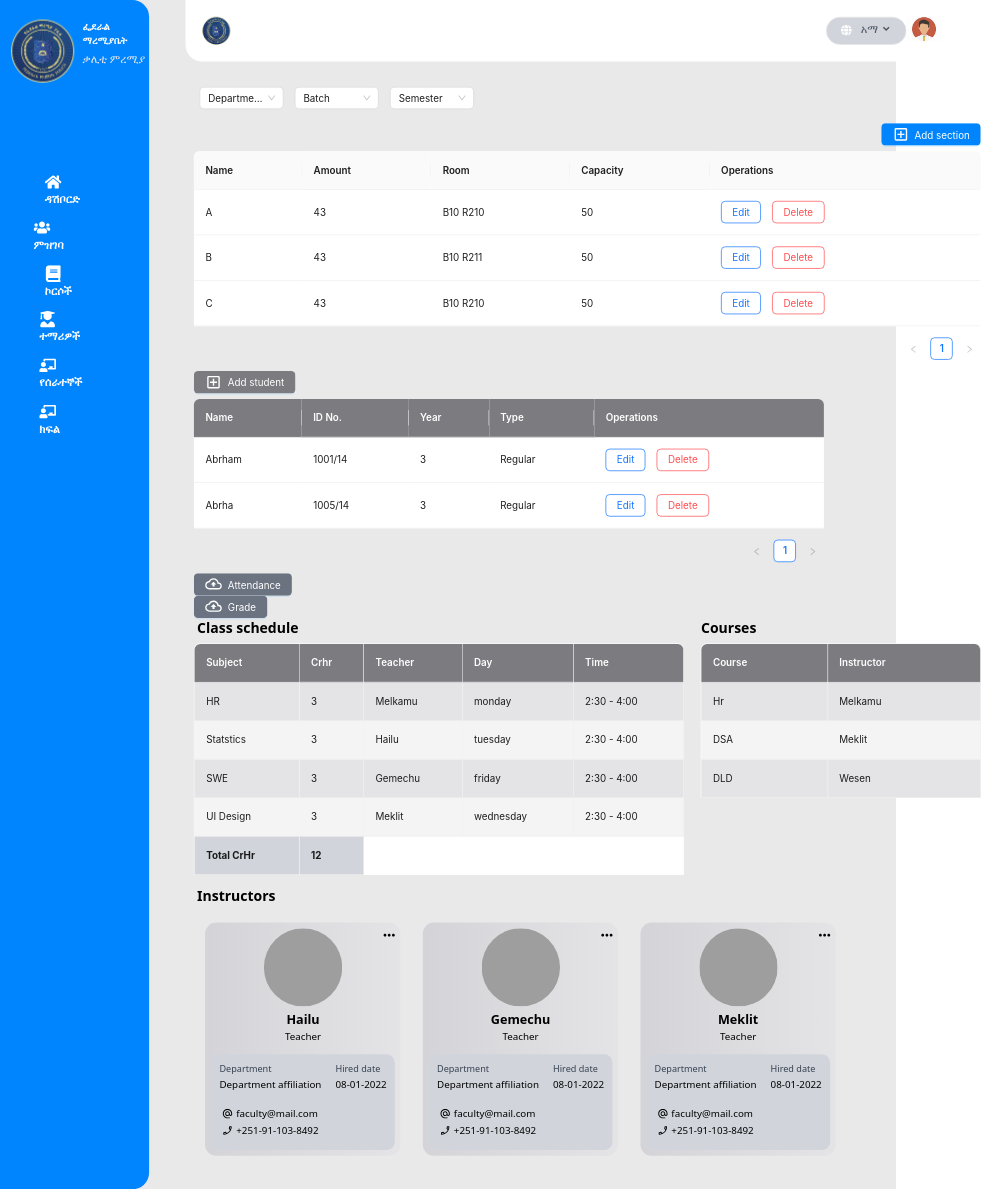
Repository: Yigoya/federal-prison-education-ms-frontend
Page: /classroom, after clicking the first element matching `td.ant-table-cell > a`
The author's editor kept a copy of each file at every save. The page is drawn from the files as they stood at one save, then again after the next save.
The browser window is 1280 px wide. The page is 1433 px wide, so the pictures cover 1433 px, including what lies to the right of the window. The pictures show the whole page, at 70% of full size.
Pictures or frames that could not be fetched are drawn as grey boxes. The project was rebuilt for these pictures with package versions that can differ from the ones it lists, and the page was loaded fresh each time. Also part of the build but not shown: vite.config.js, src/pages/DashBoard.jsx, src/pages/Courses.jsx, src/layout/AuthLayout.jsx, src/pages/Login.jsx, src/pages/Teachers.jsx, src/pages/StudentRegistration.jsx, src/components/classroom/ComboBox.jsx and 1 more. Imported but missing from the stored project, and not drawn on this page: src/pages/Students.

Above is the page before, as saved 2024-07-05 16:51:43.

### src/App.jsx
// import { useState } from "react";
import "./App.css";
import { Routes, Route } from "react-router-dom";
import DashBoard from "./pages/DashBoard";
// import Register from "./pages/Register";
import Students from "./pages/Students";
import Courses from "./pages/Courses";
import RootLayout from "./layout/RootLayout";
import AuthLayout from "./layout/AuthLayout";
import Login from "./pages/Login";
import Teachers from "./pages/Teachers";
// import { useTranslation } from "react-i18next";
import { StudentRegistration } from "./pages/StudentRegistration";
import Classroom from "./pages/Classroom";
function App() {
  // const [count, setCount] = useState(0);
  // const { t } = useTranslation();
  return (
    <>
      <Routes>
        <Route element={<AuthLayout />}>
          <Route path="/login" element={<Login />} />
        </Route>
        <Route element={<RootLayout />}>
          <Route path="/" element={<DashBoard />} />
          <Route path="/register" element={<StudentRegistration />} />
          <Route path="/students" element={<Students />} />
          <Route path="/courses" element={<Courses />} />
          <Route path="/allcourse" element={<Courses />} />
          <Route path="/addcourse" element={<Courses />} />
          <Route path="/managecourse" element={<Courses />} />
          <Route path="/classroom" element={<Classroom />} />
          <Route path="/grading" element={<Courses />} />
          <Route path="/staffprofile" element={<Courses />} />
          <Route path="/examscheduling" element={<Teachers />} />
        </Route>
      </Routes>
    </>
  );
}

export default App;

### src/App.css
/* Header row background color */
.ant-table-thead > tr > th {
    background-color: #0085FF; /* Set your desired background color here */
    color: #fff; /* Set the text color if needed */
  }

### src/layout/RootLayout.jsx
// import React from 'react'
import { Outlet } from "react-router-dom";
import Navbar from "../components/Navbar";
import SideBar from "../components/SideBar";
function RootLayout() {
  return (
    <div className="flex flex-row w-full min-h-dvh gap-8 bg-[#E9E9E9]">
        <SideBar />

      <div className="w-full min-h-dvh max-h-full">
        <Navbar />
        <div className="flex-1 flex overflow-hidden">
          <section className="flex-1 overflow-y-scroll">
            <Outlet />
          </section>
        </div>
      </div>
    </div>
  );
}

export default RootLayout;

### src/pages/Classroom.jsx
import { useState } from "react";
import Selector from '../components/classroom/Selector.jsx';
import SectionsTable from "../components/classroom/SectionsTable.jsx";
import NewSectionDrawer from "../components/classroom/NewSectionDrawer.jsx";
import {
  departmentOptions,
  yearOptions,
  semesterOptions,
} from "../data/classroomArrayData.js";
import { Button } from "antd";
import AddBoxOutlinedIcon from "@mui/icons-material/AddBoxOutlined";

const Classroom = () => {
  const [drawerVisiblity, setDrawerVisiblity] = useState(false);
  const handleClick = () => {
    setDrawerVisiblity(prevState => !prevState);
  };

  return (
    <div className="p-8 ">
      <Selector typeName="Department" options={departmentOptions} />
      <Selector typeName="Batch" options={yearOptions} />
      <Selector typeName="Semester" options={semesterOptions} />

      {/* sections table */}
      <div className="mt-4">
        {drawerVisiblity && <NewSectionDrawer visiblity = {drawerVisiblity}/>}
        <div className="grid justify-items-end">
          <Button
            className="bg-[#0085FF] mb-2"
            type="primary"
            onClick={handleClick}
          >
            <AddBoxOutlinedIcon />
            Add section
          </Button>
        </div>
        <SectionsTable />
      </div>
    </div>
  );
};

export default Classroom;

### src/components/Navbar.jsx
import React from 'react'
import { AiOutlineSearch } from 'react-icons/ai';
import logo from '../assets/images/fdre_logo.png'
import { FaGlobe } from 'react-icons/fa';
import avatar from '../assets/images/Avatar.jpg'
import { useTranslation } from 'react-i18next';
function Navbar() {
  const { i18n } = useTranslation();

  const handleLanguageChange = (event) => {
    i18n.changeLanguage(event.target.value);
  };
  return (
    <div className='mr-16 '>
      <div className='bg-white rounded-b-3xl p-6 ml-5 flex justify-between'>
        <div style={{ width: '40px' }} >
          <img src={logo}  alt="logo" />
        </div>
        <div className='flex '>
          <div className='py-1 px-5 border rounded-full bg-gray-300 '>
           <FaGlobe className='inline-block text-white mr-2'/>
            <select onChange={handleLanguageChange} className='inline-block bg-gray-300 text-gray-600' id="">
              <option value="am">አማ</option>
              <option value="en">En</option>
              <option value="or">Oro</option>
            </select>
          </div>
          <div>
            <img src={avatar} width={'50px'}/>
          </div>
        </div>
      </div>

    </div>
  )
}

export default Navbar

### src/components/SideBar.jsx
import { FaHome, FaUserGraduate, FaBook, FaChalkboardTeacher, FaUsers } from 'react-icons/fa';

import logo from '../assets/images/fdre_logo.png'
import { Link } from 'react-router-dom'
import { useTranslation } from 'react-i18next';
function SideBar() {
const {t} = useTranslation()
  return (
    <div className='w-1/4 bg-[#0085FF] rounded-r-3xl'>
          <div className='mt-7 ml-4 flex'>
            <div className='mr-3'>
              <img src={logo} alt="logo" width={'100px'} />
            </div>
            <div>
              <p className ='font-bold text-sm text-white mb-1'>{t('FDRE')}</p>
              <p className='text-gray-200'>{t('kality')}</p>
            </div>

          </div>
          <div className='flex flex-col items-center font-bold text-white py-20 mt-10'>

            <Link className='hover:border border-gray-200 rounded-full hover:bg-gray-100 hover:text-[#0085FF] p-2 px-16 inline-block mr-4' to='/'> <FaHome className='inline-block mr-2 text-2xl'/>{t('dashboard')}</Link>
            <Link className='hover:border border-gray-200 rounded-full py-2 px-12 hover:bg-gray-100 hover:text-[#0085FF] inline-block mr-10 ' to='/register'><FaUsers className='inline-block mr-2 text-2xl'/> {t('register')}</Link>
            <Link className='hover:border border-gray-200 rounded-full py-2 px-16 hover:bg-gray-100 hover:text-[#0085FF] inline-block mr-10 ' to='/courses'><FaBook className='inline-block mr-3  text-2xl'/>{t('courses')}</Link>
            <Link className='hover:border border-gray-200 rounded-full py-2 px-14 hover:bg-gray-100 hover:text-[#0085FF] inline-block mr-8' to='/students'> <FaUserGraduate className='inline-block mr-5  text-2xl'  />{t('students')}</Link>
            <Link className='hover:border border-gray-200 rounded-full py-2 px-14 hover:bg-gray-100 hover:text-[#0085FF] inline-block mr-10' to='/teachers'><FaChalkboardTeacher className='inline-block  mr-5  text-2xl'/>{t('staff')}</Link>
            <Link className='hover:border border-gray-200 rounded-full py-2 px-14 hover:bg-gray-100 hover:text-[#0085FF] inline-block mr-10' to='/classroom'><FaChalkboardTeacher className='inline-block  mr-5  text-2xl'/>{t('classroom')}</Link>

          </div>
        </div>

  )
}

export default SideBar

### src/pages/login.css

* {
    margin: 0;
    box-sizing: border-box;

}
.page {
    height: 100vh;
    width: 100%;
    display: flex;
    justify-content: center;
    align-items: center;
}

.cover {
    background-color: white;
    width: 30em;
    height: 25em;
    position: relative;
    border-radius: 1em;
    box-shadow: 0 0.188em 1.550em rgb(156, 156, 156);
    display: flex;
    flex-direction: column;
    align-items:center;
    justify-content:space-between;
    margin-right: 40px;

}

.container {
    display: flex;
    justify-content: space-between;
    align-items: center;

  }
.image-section {
    margin-left: 20px;
    padding: 100px;

}
.image-section img {
    margin-top: 2px;
    width: "200px";
    height: "200px";
    border-radius: "50%";
    object-fit: contain;

  }

input {
    border: none;
    background-color: rgb(229, 226, 226);
    width: 80%;
    border-radius: 0.25em;
    text-align: center;
    padding: 2em;
    font-size: 0.75em;
}

input:focus {
    outline-color: rgb(32, 177, 255);
}

.btn {
    width: 40%;
    height: 3em;
    background-color: rgb(32, 177, 255);
    display: flex;
    justify-content: center;
    align-items: center;
    transition: 0.5s;
    border-radius: 0.25em;
    cursor: pointer;
}

### src/components/classroom/Selector.jsx
// /* eslint-disable react/prop-types */
import { Select, Space } from 'antd';


const handleChange = (value) => {
  console.log(`selected ${value}`);
};

const Selector = ({typeName, options} ) => (
  <Space wrap>
    <Select
      className='mx-2 my-1'
      defaultValue={typeName}
      style={{
        width: 120,
      }}
      onChange={handleChange}
      options={options} // array of options
    />
  </Space>
);
export default Selector;

### src/components/classroom/SectionsTable.jsx
import { Space, Table, Button } from "antd";
import { sectionsData as data } from "../../data/classroomArrayData.js";
import { useState } from "react";
import StudentsTable from "./StudentsTable.jsx";
import ClassSchedule from "./ClassSchedule.jsx";
import CoursesList from "./CoursesList.jsx";
import InstructorDetails from "./InstructorDetails.jsx";
import UploadCenter from "./UploadCenter.jsx";

const SectionsTable = () => {
  const [activeSection, setActiveSection] = useState(null);

  const columns = [
    {
      title: "Name",
      dataIndex: "name",
      key: "name",
      render: (text) => <a onClick={() => handleSectionClick(text)}>{text}</a>,
    },
    {
      title: "Amount",
      dataIndex: "amount",
      key: "amount",
    },
    {
      title: "Room",
      dataIndex: "room",
      key: "room",
    },
    {
      title: "Capacity",
      dataIndex: "capacity",
      key: "capacity",
    },
    {
      title: "Operations",
      key: "action",
      render: () => (
        <Space size="middle">
          <Button type="primary" ghost>
            Edit
          </Button>
          <Button type="primary" danger ghost>
            Delete
          </Button>
        </Space>
      ),
    },
  ];

  const handleSectionClick = (sectionName) => {
    setActiveSection((prev) => (prev === sectionName ? null : sectionName));
  };

  return (
    <div>
      <Table columns={columns} dataSource={data} />
      {activeSection && (
        <div>
          <StudentsTable section={activeSection} />
          <UploadCenter text={"Attendance"} color={"bg-gray-500"} />
          <UploadCenter text={"Grade"} color={"bg-gray-500"} />
          <div className="flex gap-3">
            <ClassSchedule /> <br />
            <CoursesList />
          </div>
          <h1 className="text-xl mb-2 mt-4 ml-1 font-bold">Instructors</h1>
          <div className="flex">
            <InstructorDetails instructor={"Hailu"}/>
            <InstructorDetails instructor={"Gemechu"}/>
            <InstructorDetails instructor={"Meklit"}/>
          </div>
        </div>
      )}
    </div>
  );
};
export default SectionsTable;

### src/data/classroomArrayData.js
export const departmentOptions = [
  {
    label: "Software",
    value: "software",
  },
  {
    label: "Human Resources",
    value: "human_resources",
  },
  {
    label: "Marketing",
    value: "marketing",
  },
  {
    label: "Sales",
    value: "sales",
  },
  {
    label: "Finance",
    value: "finance",
  },
  {
    label: "Customer Support",
    value: "customer_support",
  },
  {
    label: "IT",
    value: "it",
  },
];

export const yearOptions = [
  {
    label: "1",
    value: 1,
  },
  {
    label: "2",
    value: 2,
  },
  {
    label: "3",
    value: 3,
  },
  {
    label: "4",
    value: 4,
  },
];

export const semesterOptions = [
  {
    label: "I",
    value: 1,
  },
  {
    label: "II",
    value: 2,
  },
];

export const courseOptions = [
  {
    label: "DSA",
    value: "dsa",
  },
  {
    label: "FLAT",
    value: "flat",
  },
  {
    label: "DLD",
    value: "dld",
  },
  {
    label: "OS",
    value: "os",
  },
];

export const studentsData = [
  {
    key: "1",
    name: "Abrham",
    id: "1001/14",
    year: "3",
    type: "Regular",
    section: "A",
  },
  {
    key: "1",
    name: "Abrha",
    id: "1005/14",
    year: "3",
    type: "Regular",
    section: "A",
  },
  {
    key: "2",
    name: "Aster",
    id: "1002/14",
    year: "3",
    type: "Regular",
    section: "B"
  },
  {
    key: "3",
    name: "Askal",
    id: "1003/14",
    year: "3",
    type: "Regular",
    section: "C"
  },
];

export const sectionsData = [
  {
    name: "A",
    amount: 43,
    room: "B10 R210",
    capacity: 50,
  },
  {
    name: "B",
    amount: 43,
    room: "B10 R211",
    capacity: 50,
  },
  {
    name: "C",
    amount: 43,
    room: "B10 R210",
    capacity: 50,
  },
];

### src/components/classroom/StudentsTable.jsx
import { Space, Table, Button } from "antd";
import { studentsData as data } from "../../data/classroomArrayData.js";
import AddBoxOutlinedIcon from "@mui/icons-material/AddBoxOutlined";

const columns = [
  {
    title: "Name",
    dataIndex: "name",
    key: "name",
    render: (text) => <a>{text}</a>,
    onHeaderCell: () => ({
      style: { backgroundColor: "#7c7c80", color: "#fff" },
    }),
  },
  {
    title: "ID No.",
    dataIndex: "id",
    key: "id",
    onHeaderCell: () => ({
      style: { backgroundColor: "#7c7c80", color: "#fff" },
    }),
  },
  {
    title: "Year",
    dataIndex: "year",
    key: "year",
    onHeaderCell: () => ({
      style: { backgroundColor: "#7c7c80", color: "#fff" },
    }),
  },
  {
    title: "Type",
    dataIndex: "type",
    key: "type",
    onHeaderCell: () => ({
      style: { backgroundColor: "#7c7c80", color: "#fff" },
    }),
  },
  {
    title: "Operations",
    key: "action",
    onHeaderCell: () => ({
      style: { backgroundColor: "#7c7c80", color: "#fff" },
    }),
    render: () => (
      <Space size="middle">
        <Button type="primary" ghost>
          Edit
        </Button>
        <Button type="primary" danger ghost>
          Delete
        </Button>
      </Space>
    ),
  },
];

// eslint-disable-next-line react/prop-types
const StudentsTable = ({ section }) => {
  return (
    <div>
      <Button className="bg-[#7c7c80] mb-2" type="primary">
        <AddBoxOutlinedIcon />
        Add student
      </Button>
      <Table
        className="w-[900px]"
        columns={columns}
        dataSource={data.filter((student) => student.section === section)}
      />
      {console.log("the section clicked is : ", section)}
    </div>
  );
};
export default StudentsTable;

### src/components/classroom/ClassSchedule.jsx
import { Table, Typography } from "antd";
const { Text } = Typography;


const columns = [
  {
    title: "Subject",
    dataIndex: "subject",
    onHeaderCell: () => ({
      style: { backgroundColor: "#7c7c80", color: "#fff" },
    }),
  },
  {
    title: "Crhr",
    dataIndex: "crhr",
    onHeaderCell: () => ({
      style: { backgroundColor: "#7c7c80", color: "#fff" },
    }),
  },
  {
    title: "Teacher",
    dataIndex: "teacher",
    onHeaderCell: () => ({
      style: { backgroundColor: "#7c7c80", color: "#fff" },
    }),
  },
  {
    title: "Day",
    dataIndex: "day",
    onHeaderCell: () => ({
      style: { backgroundColor: "#7c7c80", color: "#fff" },
    }),
  },
  {
    title: "Time",
    dataIndex: "time",
    onHeaderCell: () => ({
      style: { backgroundColor: "#7c7c80", color: "#fff" },
    }),
  },
];
const data = [
  {
    key: "1",
    subject: "HR",
    crhr: 3,
    teacher: "Melkamu",
    day: "monday",
    time: "2:30 - 4:00",
  },
  {
    key: "2",
    subject: "Statstics",
    crhr: 3,
    teacher: "Hailu",
    day: "tuesday",
    time: "2:30 - 4:00",
  },
  {
    key: "3",
    subject: "SWE",
    crhr: 3,
    teacher: "Gemechu",
    day: "friday",
    time: "2:30 - 4:00",
  },
  {
    key: "3",
    subject: "UI Design",
    crhr: 3,
    teacher: "Meklit",
    day: "wednesday",
    time: "2:30 - 4:00",
  },
];

const ClassSchedule = () => (
  <div className="flex justify-center">
    <div>
      <h1 className="text-xl mb-2 ml-1 font-bold">Class schedule</h1>
      <Table
        className="w-[700px]"
        borderColor="#0085FF"
        columns={columns}
        dataSource={data}
        pagination={false}
        bordered
        rowClassName={(record, index) =>
          index % 2 === 0 ? "bg-zinc-200" : "bg-zinc-100"
        }
        summary={(pageData) => {
          let totalCrhr = 0;
          pageData.forEach(({ crhr }) => {
            totalCrhr += crhr;
          });
          return (
            <>
              <Table.Summary.Row className="font-bold bg-gray-300">
                <Table.Summary.Cell index={0}>Total CrHr</Table.Summary.Cell>
                <Table.Summary.Cell index={1}>
                  <Text>{totalCrhr}</Text>
                </Table.Summary.Cell>
              </Table.Summary.Row>
            </>
          );
        }}
      />
    </div>
  </div>
);
export default ClassSchedule;

### src/components/classroom/CoursesList.jsx
import { Table } from "antd";

const columns = [
  {
    title: "Course",
    dataIndex: "course",
    onHeaderCell: () => ({
      style: { backgroundColor: "#7c7c80", color: "#fff" },
    }),
  },
  {
    title: "Instructor",
    dataIndex: "instructor",
    onHeaderCell: () => ({
        style: { backgroundColor: "#7c7c80", color: "#fff" }
      })
  },
];
const data = [
  {
    key: "1",
    course: "Hr",
    instructor: "Melkamu",
  },
  {
    key: "2",
    course: "DSA",
    instructor: "Meklit",
  },
  {
    key: "3",
    course: "DLD",
    instructor: "Wesen",
  },
];

const CoursesList = () => (
  <>
    <div className="flex justify-center">
        <div>
        <h1 className="text-xl mb-2 font-bold">Courses</h1>
      <Table
        className="w-[400px]"
        columns={columns}
        dataSource={data}
        pagination={false}
        bordered
        rowClassName={(record, index) =>
          index % 2 === 0 ? "bg-zinc-200" : "bg-zinc-100"
        }
      />
        </div>

    </div>
  </>
);
export default CoursesList;

### src/components/classroom/InstructorDetails.jsx
import MoreHorizOutlinedIcon from "@mui/icons-material/MoreHorizOutlined";
import AlternateEmailOutlinedIcon from "@mui/icons-material/AlternateEmailOutlined";
import PhoneEnabledOutlinedIcon from "@mui/icons-material/PhoneEnabledOutlined";

const InstructorDetails = ({instructor}) => {
  return (
    <div className="m-4 w-fit p-2 w-2/5 rounded-2xl relative bg-gradient-to-r from-zinc-300 to-zinc-200">
      {/* Main content */}
      <div className="flex flex-col place-items-center">
        <div className="flex justify-between items-center">
          <img
            src="https://img.freepik.com/premium-vector/user-vector-icon-outline-style-isolated-white-background-mobile-app-website-logotype-ui-human-symbol-man-silhouette-social-member-sign-personal-profile-sign-10-eps_824631-3088.jpg?w=740"
            alt="Profile"
            className="h-28 w-28 rounded-full"
          />
          <div className="absolute top-0 right-0 mt-1 mr-1">
            <MoreHorizOutlinedIcon className="hover:text-sky-500"/>
          </div>
        </div>

        <h1 className="text-lg mt-1 font-semibold">{instructor}</h1>
        <p className="text-sm">Teacher</p>
      </div>

      {/* Additional info */}
      <div className="bg-gray-300 rounded-xl w-full p-3 leading-3.5 mt-4">
        <div className="flex gap-5">
          <div>
            <p className="text-[13px] text-gray-700">Department</p>
            <p className="text-[14px]">Department affiliation</p>
          </div>
          <div>
            <p className="text-[13px] text-gray-700">Hired date</p>
            <p className="text-[14px]">08-01-2022</p>
          </div>
        </div>

        <div className="mt-6 leading-4 text-[14px]">
          <div className="flex">
            <AlternateEmailOutlinedIcon className="pb-2" />
            <p>faculty@mail.com</p>
          </div>
          <div className="flex">
            <PhoneEnabledOutlinedIcon className="pb-2"/>
            <p>+251-91-103-8492</p>
          </div>
        </div>
      </div>
    </div>
  );
};

export default InstructorDetails;

### src/components/classroom/UploadCenter.jsx
import CloudUploadOutlinedIcon from '@mui/icons-material/CloudUploadOutlined';
import {Button} from 'antd';

const UploadCenter = ({text, color}) => {
  return (
    <div>
        <Button type="primary" className={color} icon={<CloudUploadOutlinedIcon className="text-sky-400"/>} > {text}</Button>
    </div>
  )
}

export default UploadCenter

Loaded but not shown: index.html (common file); src/main.jsx (common file); src/index.css (common file); tailwind.config.js (common file); src/i18n.js (152 lines, source omitted)

After the next save:
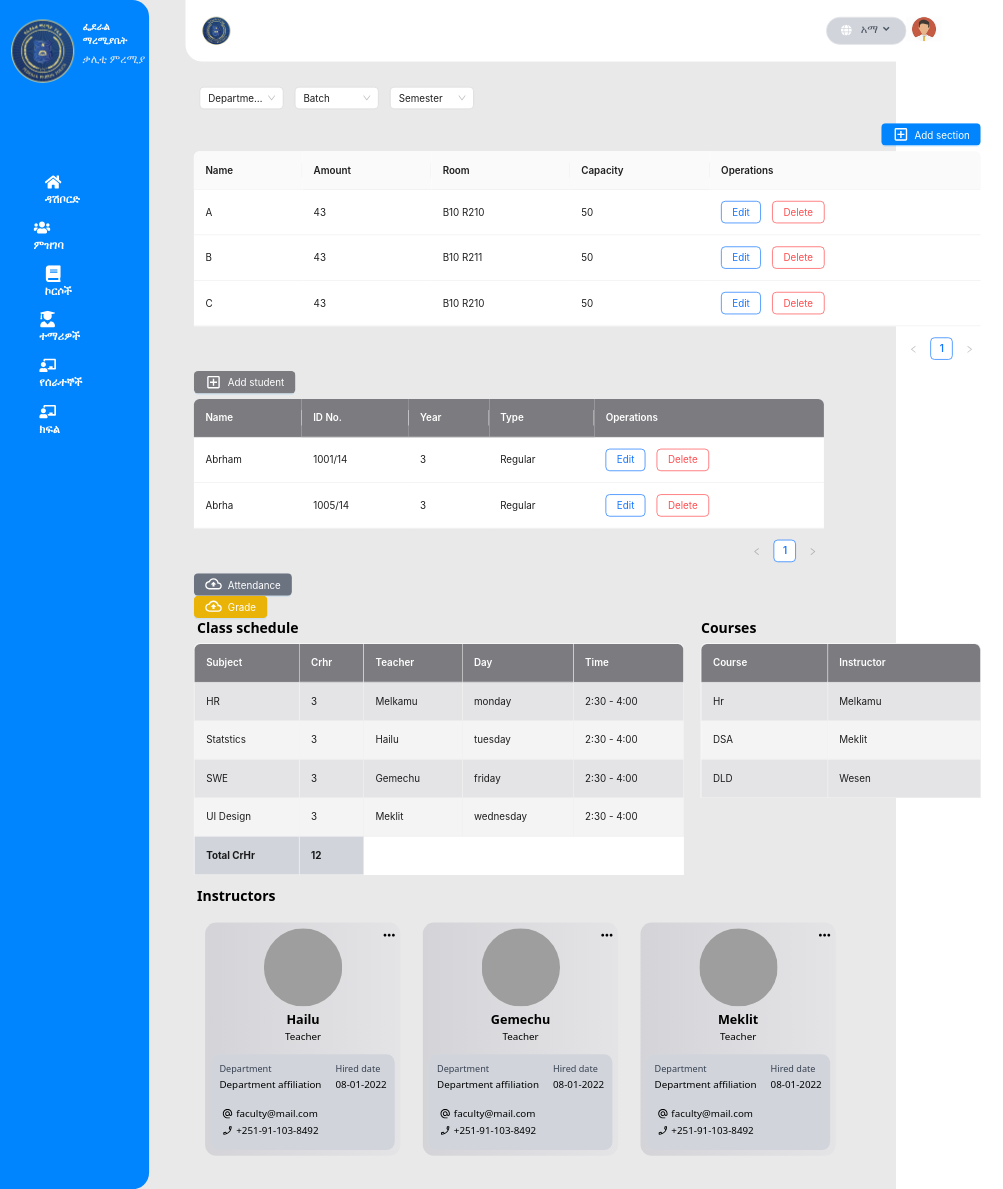
Saved 6 s later.
--- a/src/components/classroom/SectionsTable.jsx
+++ b/src/components/classroom/SectionsTable.jsx
@@ -59,7 +59,7 @@
         <div>
           <StudentsTable section={activeSection} />
           <UploadCenter text={"Attendance"} color={"bg-gray-500"} />
-          <UploadCenter text={"Grade"} color={"bg-gray-500"} />
+          <UploadCenter text={"Grade"} color={"bg-yellow-500"} />
           <div className="flex gap-3">
             <ClassSchedule /> <br />
             <CoursesList />
